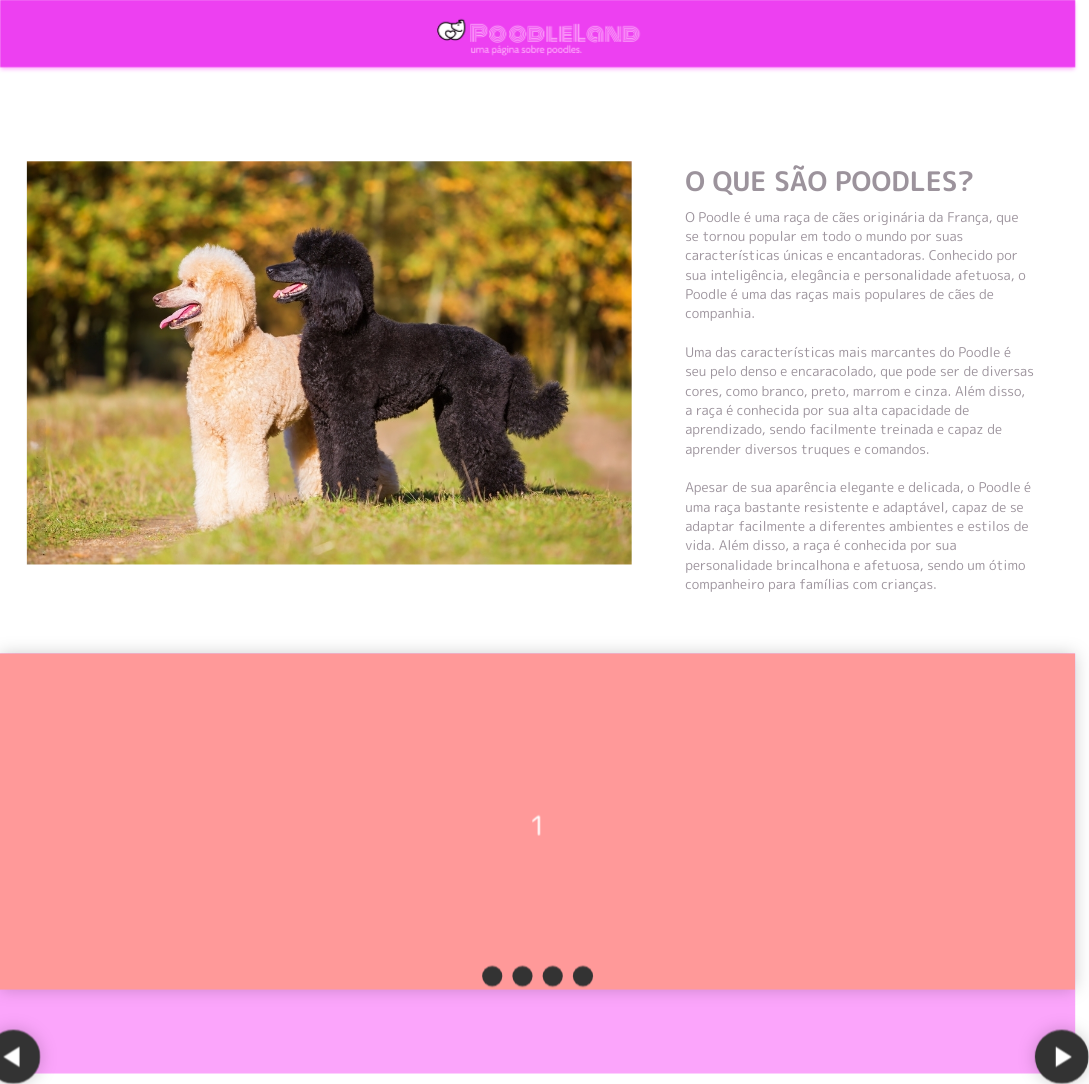
Repository: vinibalt/PoodleLand
Page: poddlelandia.html
The author's editor kept a copy of each file at every save. The page is drawn from the files as they stood at one save, then again after the next save.
The browser window is 1280 px wide. The page is 1296 px wide, so the pictures cover 1296 px, including what lies to the right of the window. The pictures show the whole page, at 84% of full size.
An inner scrolling area shows only its first screen.

Above is the page before, as saved 2023-05-12 14:33:25.

After the next save:
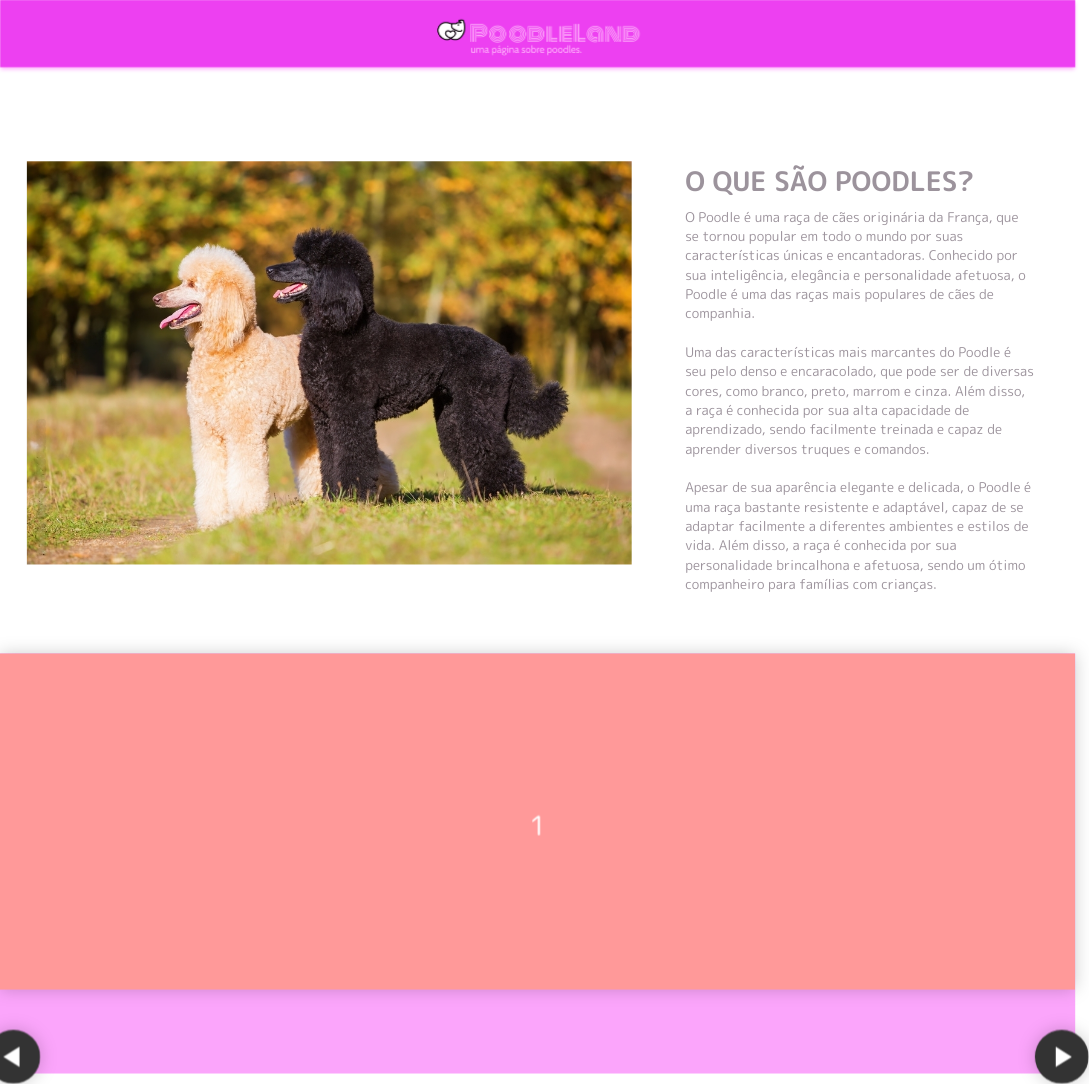
Saved 31 s later.
--- a/poddlelandia.html
+++ b/poddlelandia.html
@@ -65,22 +65,7 @@
                     <a href="#carousel__slide1" class="carousel__next">Go to first slide</a>
                 </li>
             </ol>
-            <aside class="carousel__navigation">
-                <ol class="carousel__navigation-list">
-                    <li class="carousel__navigation-item">
-                        <a href="#carousel__slide1" class="carousel__navigation-button">Go to slide 1</a>
-                    </li>
-                    <li class="carousel__navigation-item">
-                        <a href="#carousel__slide2" class="carousel__navigation-button">Go to slide 2</a>
-                    </li>
-                    <li class="carousel__navigation-item">
-                        <a href="#carousel__slide3" class="carousel__navigation-button">Go to slide 3</a>
-                    </li>
-                    <li class="carousel__navigation-item">
-                        <a href="#carousel__slide4" class="carousel__navigation-button">Go to slide 4</a>
-                    </li>
-                </ol>
-            </aside>
+
         </div>
     </section>
 
